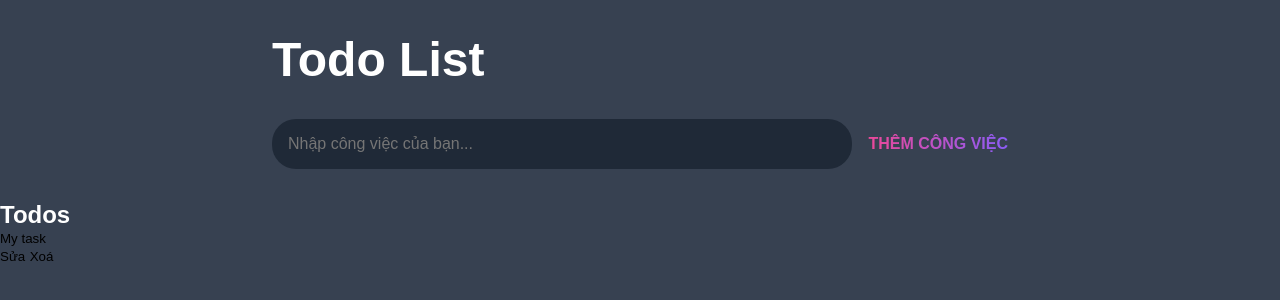
Repository: ntheanh/Todo-List
Page: index.html
The author's editor kept a copy of each file at every save. The page is drawn from the files as they stood at one save, then again after the next save.
The browser window is 1280 px wide. The pictures show the whole page.
The style sheet was rebuilt from its Sass, Less or Tailwind sources for each picture, by a compiler version that may differ from the author's.

Above is the page before, as saved 2023-03-15 22:48:35.

### index.html
<!DOCTYPE html>
<html lang="en">
  <head>
    <meta charset="UTF-8" />
    <meta http-equiv="X-UA-Compatible" content="IE=edge" />
    <meta name="viewport" content="width=device-width, initial-scale=1.0" />
    <title>My Todo List</title>
    <link rel="stylesheet" href="style.css" />
  </head>
  <body>
    <header>
      <h1>Todo List</h1>
      <form action="" id="new-todo-form">
        <input
          id="new-todo-input"
          type="text"
          name="todo"
          placeholder="Nhập công việc của bạn... "
        />
        <input id="new-todo-submit" type="submit" value="Thêm Công Việc" />
      </form>
    </header>
    <main>
      <section class="task-list">
        <h2>Todos</h2>
        <div id="tasks">
          <div class="task">
            <div class="content">
              <input
                type="text"
                class="content_input"
                value="My task"
                readonly
              />
            </div>
            <div class="actons">
              <button class="edit">Sửa</button>
              <button class="delete">Xoá</button>
            </div>
          </div>
        </div>
      </section>
    </main>

    <script src="app.js"></script>
  </body>
</html>

### style.scss
:root {
  --dark: #374151;
  --darker: #1f2937;
  --darkest: #111827;
  --gray: #6b7280;
  --light: #eee;
  --pink: #ec4899;
  --purple: #8b5cf6;
}

* {
  margin: 0;
  padding: 0;
  box-sizing: border-box;
  font-family: "Poppins", sans-serif;
}

body {
  display: flex;
  flex-direction: column;
  min-height: 100vh;
  background: var(--dark);
  color: #fff;
}

header {
  padding: 2rem;
  width: 100%;
  max-width: 800px;
  margin: 0 auto;
  h1 {
    font-size: 3rem;
    font-weight: 600;
    margin-bottom: 2rem;
  }
}
#new-todo-form {
  display: flex;
}

input,
button {
  appearance: none;
  border: none;
  outline: none;
  background: none;
}

#new-todo-input {
  flex: 1 1 0%;
  background: var(--darker);
  padding: 1rem;
  border-radius: 1.5rem;
  margin-right: 1rem;
  color: var(--light);
  font-size: 1rem;
}
#new-todo-submit {
  color: var(--pink);
  font-size: 1rem;
  font-weight: 700;
  text-transform: uppercase;
  background: linear-gradient(to right, var(--pink), var(--purple));
  background-clip: text;
  -webkit-text-fill-color: transparent;
  transition: 0.4s;
  &:hover {
    opacity: 0.8;
  }
  &:active {
    opacity: 0.6;
  }
}

Loaded but not shown: app.js (no stored copy; drawn as an empty file)

After the next save:
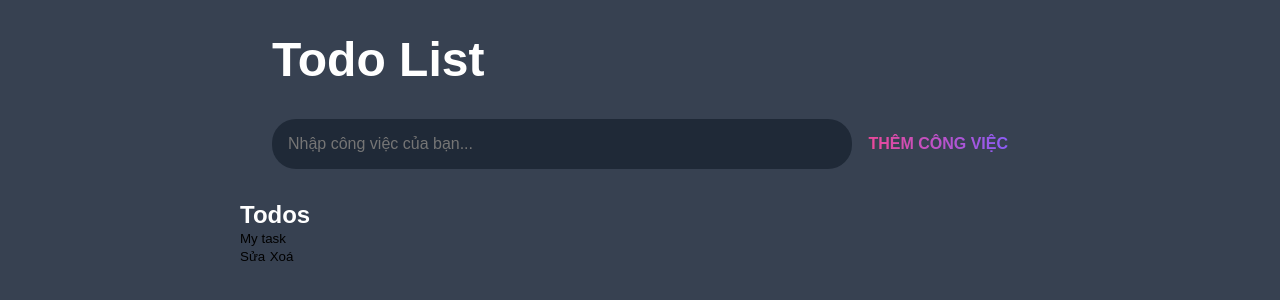
Saved 77 s later.
--- a/style.scss
+++ b/style.scss
@@ -71,3 +71,10 @@ button {
     opacity: 0.6;
   }
 }
+
+main {
+  flex: 1 1 0%;
+  width: 100%;
+  max-width: 800px;
+  margin: 0 auto;
+}
